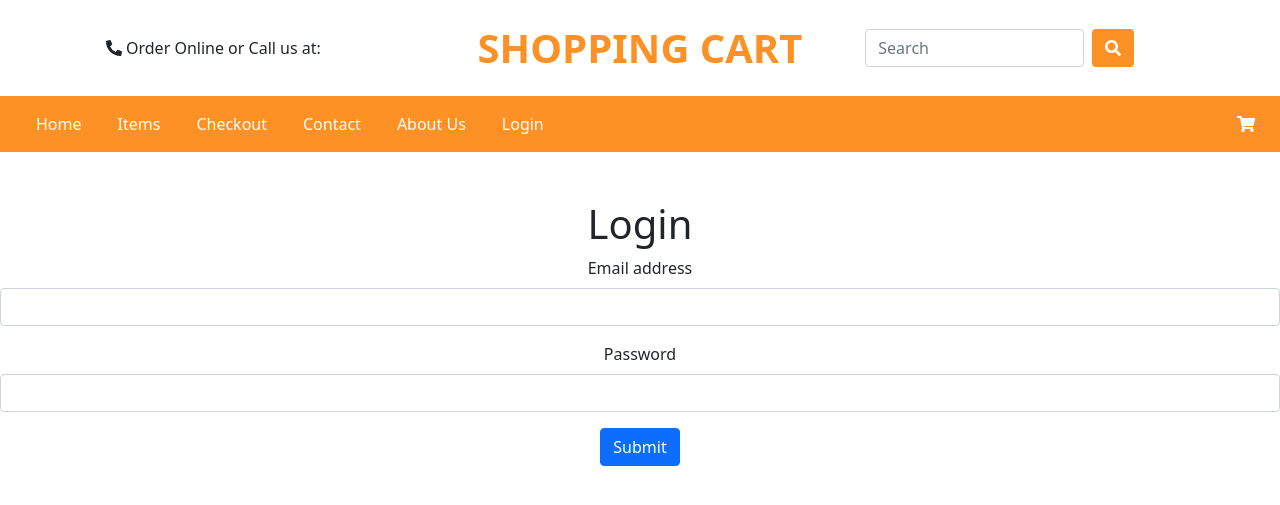
Repository: SaudCh/React-Ecommerce
Page: /login
An editor plug-in stored every save of this project. The page is shown before and after the next save, followed by the edit.
The browser window is 1280 px wide. The pictures show the whole page.
The project was rebuilt for these pictures with package versions that can differ from the ones it lists, and the page was loaded fresh each time. Also part of the build but not shown: src/App.css, src/Home/Carousel.jsx, src/Home/home.jsx.

Above is the page before, as saved 2021-12-05 19:13:41.

### src/App.js
import "./App.css";
import Header from "./Header/Header";
import "../node_modules/bootstrap/dist/css/bootstrap.min.css";
import "../node_modules/bootstrap/dist/js/bootstrap.bundle.min";
import Home from "./Home/home.jsx";
import { BrowserRouter, Switch, Route } from "react-router-dom";
import Login from "./Login/Login";

function App() {
  return (
    <BrowserRouter>
      <Header />
      <Switch>
        <Route path="/" exact>
          <Home />
        </Route>
        <Route path="/login" exact>
          <Login />
        </Route>
      </Switch>
    </BrowserRouter>
  );
}

export default App;

### src/Header/Header.jsx
import {
  faPhoneAlt,
  faSearch,
  faShoppingCart,
} from "@fortawesome/free-solid-svg-icons";
import { FontAwesomeIcon } from "@fortawesome/react-fontawesome";
import React from "react";
import { Link } from "react-router-dom";
import "./Header.css";

export default function Header() {
  return (
    <div>
      <nav className="container-fluid  my-4">
        <div className="row align-items-center">
          <div className="col-12 col-md-4 my-2 my-lg-0 text-center ">
            <p className="m-0 p-0">
              <FontAwesomeIcon icon={faPhoneAlt} /> Order Online or Call us at:{" "}
            </p>
          </div>
          <div className="col-12 col-md-4 my-2 my-lg-0 text-center">
            <p className="m-0 fw-bold h1" style={{ color: "#fe9126" }}>
              SHOPPING CART
            </p>
          </div>
          <div className="col-12 col-md-4 my-2 my-lg-0 text-center">
            <form class="d-flex col-12 col-lg-8">
              <input
                class="form-control me-2"
                type="search"
                placeholder="Search"
                aria-label="Search"
              />
              <button
                class="btn text-white"
                style={{ backgroundColor: "#fe9126" }}
                type="submit"
              >
                <FontAwesomeIcon icon={faSearch} />
              </button>
            </form>
          </div>
        </div>
      </nav>
      <nav
        class="navbar navbar-expand-md navbar-dark"
        style={{ backgroundColor: "#fe9126" }}
      >
        <div class="container-fluid">
          <Link class="navbar-brand" href="#"></Link>

          <button
            class="navbar-toggler"
            type="button"
            data-bs-toggle="collapse"
            data-bs-target="#navbarSupportedContent"
            aria-controls="navbarSupportedContent"
            aria-expanded="false"
            aria-label="Toggle navigation"
          >
            <span class="navbar-toggler-icon"></span>
          </button>
          <div class="collapse navbar-collapse" id="navbarSupportedContent">
            <ul class="navbar-nav me-auto mb-2 mb-lg-0 nav-ul">
              <li class="nav-item">
                <Link class="nav-link  text-white" aria-current="page" to="/">
                  Home
                </Link>
              </li>
              <li class="nav-item">
                <Link class="nav-link  text-white" to="#">
                  Items
                </Link>
              </li>

              <li class="nav-item">
                <Link
                  class="nav-link text-white"
                  to="#"
                  tabindex="-1"
                  aria-disabled="true"
                >
                  Checkout
                </Link>
              </li>
              <li class="nav-item">
                <Link
                  class="nav-link text-white"
                  to="#"
                  tabindex="-1"
                  aria-disabled="true"
                >
                  Contact
                </Link>
              </li>
              <li class="nav-item">
                <Link
                  class="nav-link text-white"
                  to="#"
                  tabindex="-1"
                  aria-disabled="true"
                >
                  About Us
                </Link>
              </li>
              <li class="nav-item">
                <Link
                  class="nav-link text-white"
                  to="/login"
                  tabindex="-1"
                  aria-disabled="true"
                >
                  Login
                </Link>
              </li>
            </ul>
            <button className="btn text-white">
              <FontAwesomeIcon icon={faShoppingCart} />
            </button>
          </div>
        </div>
      </nav>
    </div>
  );
}

### src/Login/Login.jsx
import React from "react";

export default function Login() {
  return (
    <div className="text-center py-5">
      <p className="p-0 m-0 h1 mb-2">Login</p>
      <form>
        <div class="mb-3">
          <label for="exampleInputEmail1" class="form-label">
            Email address
          </label>
          <input type="email" class="form-control" id="exampleInputEmail1" />
        </div>
        <div class="mb-3">
          <label for="exampleInputPassword1" class="form-label">
            Password
          </label>
          <input
            type="password"
            class="form-control"
            id="exampleInputPassword1"
          />
        </div>

        <button type="submit" class="btn btn-primary">
          Submit
        </button>
      </form>
    </div>
  );
}

### src/Header/Header.css
.nav-ul li {
  margin-right: 20px;
}

Loaded but not shown: public/index.html (common file); src/index.js (common file); src/reportWebVitals.js (common file)

After the next save:
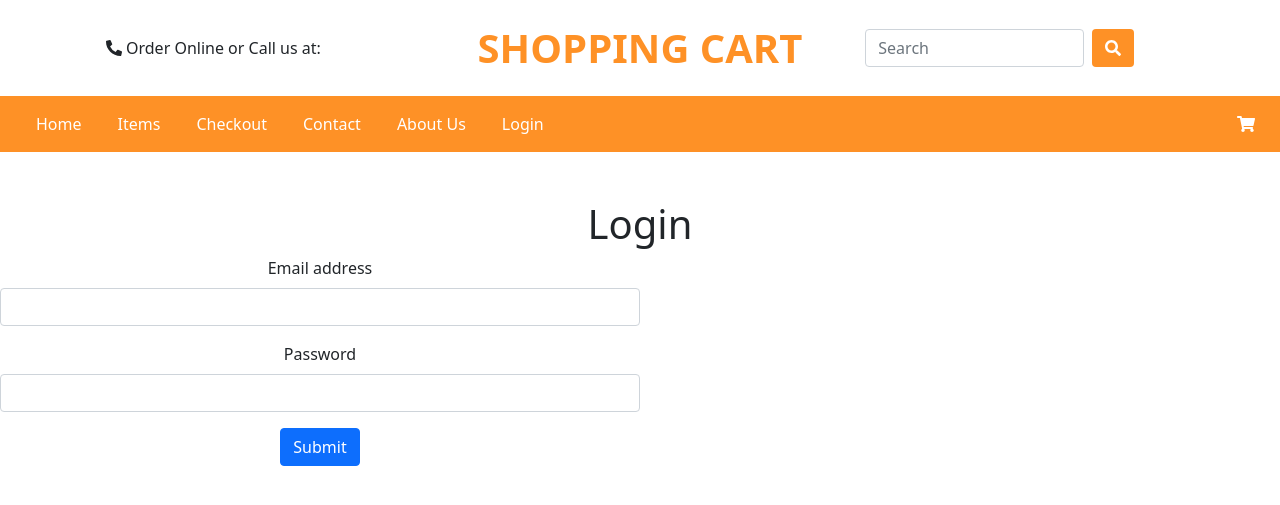
Saved 21 s later.
--- a/src/Login/Login.jsx
+++ b/src/Login/Login.jsx
@@ -4,7 +4,7 @@ export default function Login() {
   return (
     <div className="text-center py-5">
       <p className="p-0 m-0 h1 mb-2">Login</p>
-      <form>
+      <form className="col-6">
         <div class="mb-3">
           <label for="exampleInputEmail1" class="form-label">
             Email address
